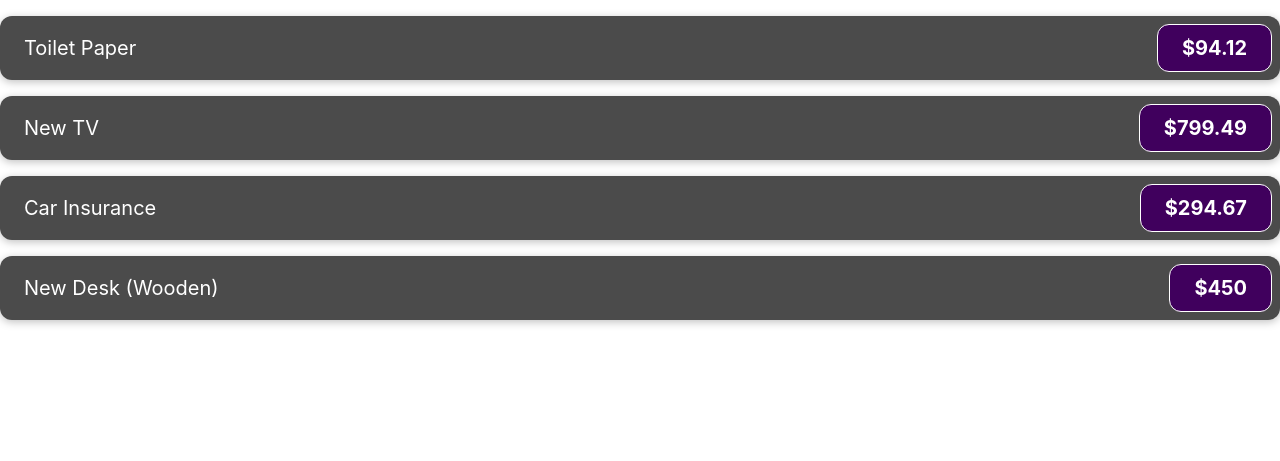
Repository: Sef24/expense-tracker
Page: /
An editor plug-in stored every save of this project. The page is shown before and after a run of saves, followed by the edit.
The browser window is 1280 px wide. The pictures show the whole page.
The project was rebuilt for these pictures with package versions that can differ from the ones it lists, and the page was loaded fresh each time.

Above is the page before, as saved 2022-04-21 22:04:28.

After the next 4 saves:
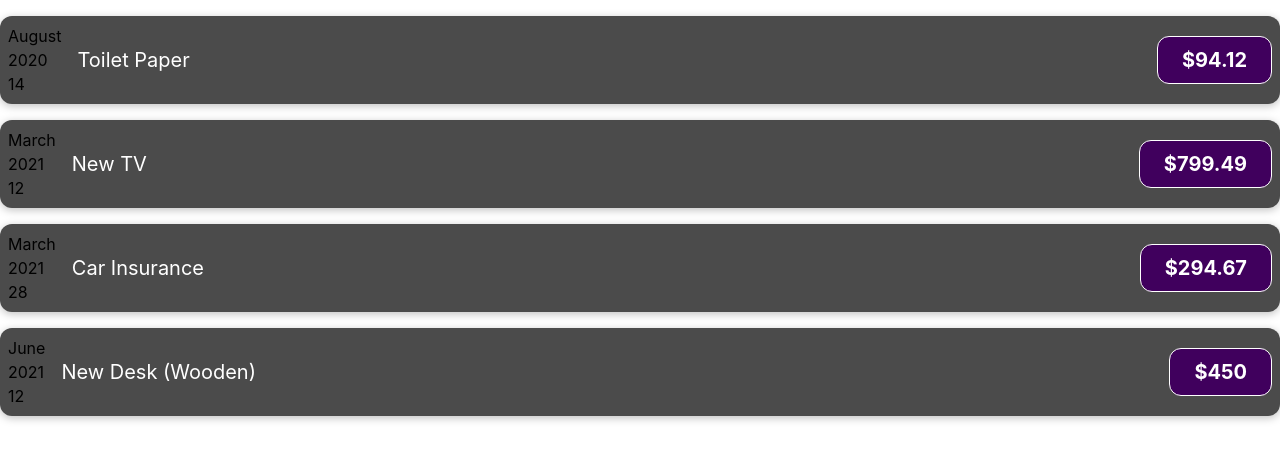
The 4 saves are shown as one change because 2 did not build or start and some came seconds apart.
The last was saved 3 min 15 s later.
--- a/src/components/ExpenseItem.js
+++ b/src/components/ExpenseItem.js
@@ -5,6 +5,8 @@ import ExpenseDate from "./ExpenseDate";
 function ExpenseItem(props) {
   return (
     <div className="expense-item ">
+      <ExpenseDate date={props.date} />
+
       <div className="expense-item__description">
         <h2>{props.title}</h2>
 

After the save that followed:
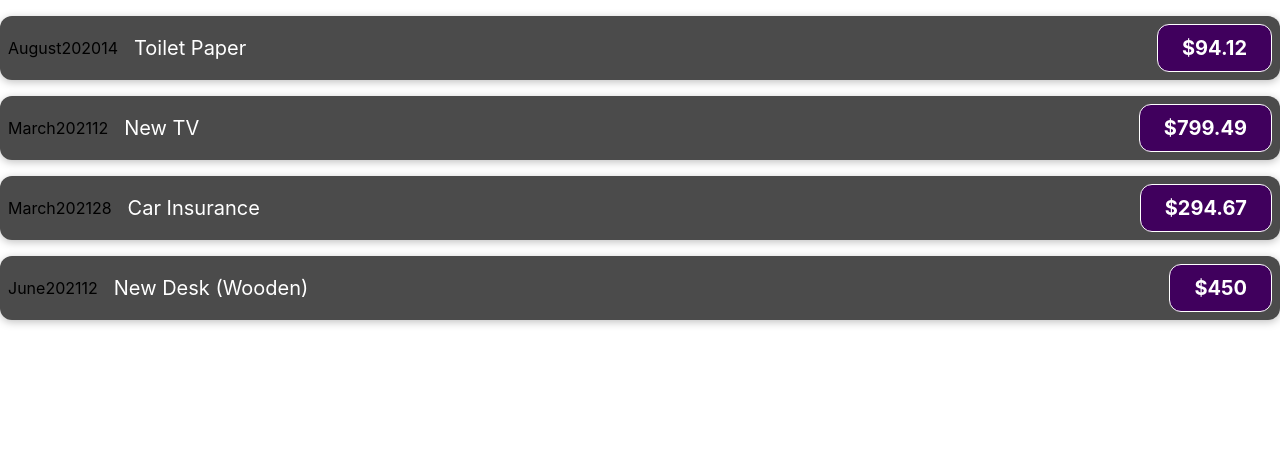
Saved 43 s later.
--- a/src/components/ExpenseDate.js
+++ b/src/components/ExpenseDate.js
@@ -6,7 +6,7 @@ function ExpenseDate(props) {
   const year = props.date.getFullYear();
 
   return (
-    <div>
+    <div className="flex">
       <div>{month}</div>
       <div>{year}</div>
       <div>{day}</div>
